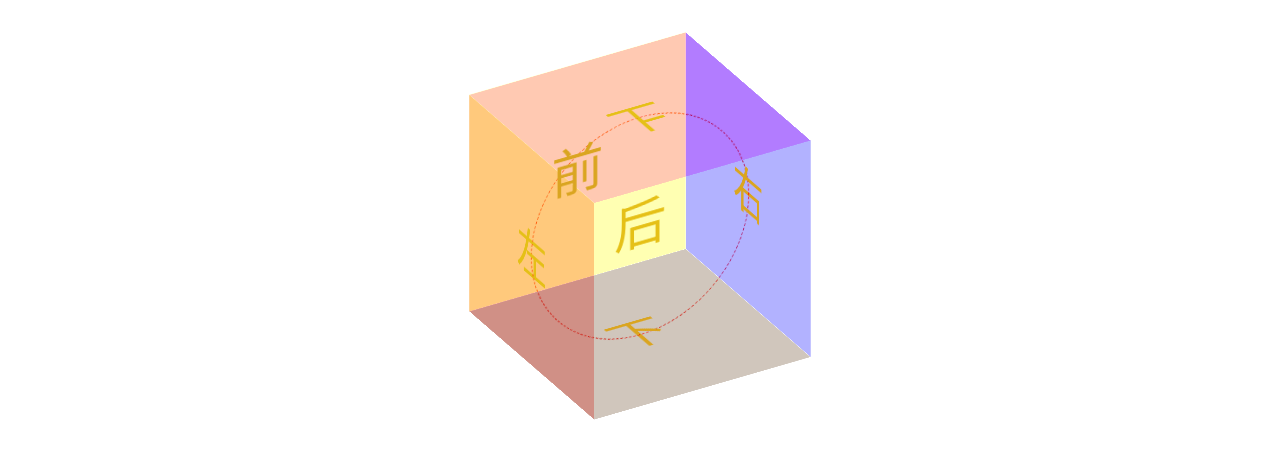
Repository: Germtao/Web
Page: web_css/css3_动画.html
These files come from the project's save history. The page is drawn as it stood at one moment and after the next save; the edit follows.
The browser window is 1280 px wide. The pictures show the whole page.

Above is the page before, as saved 2020-11-03 15:18:15.

After the next save:
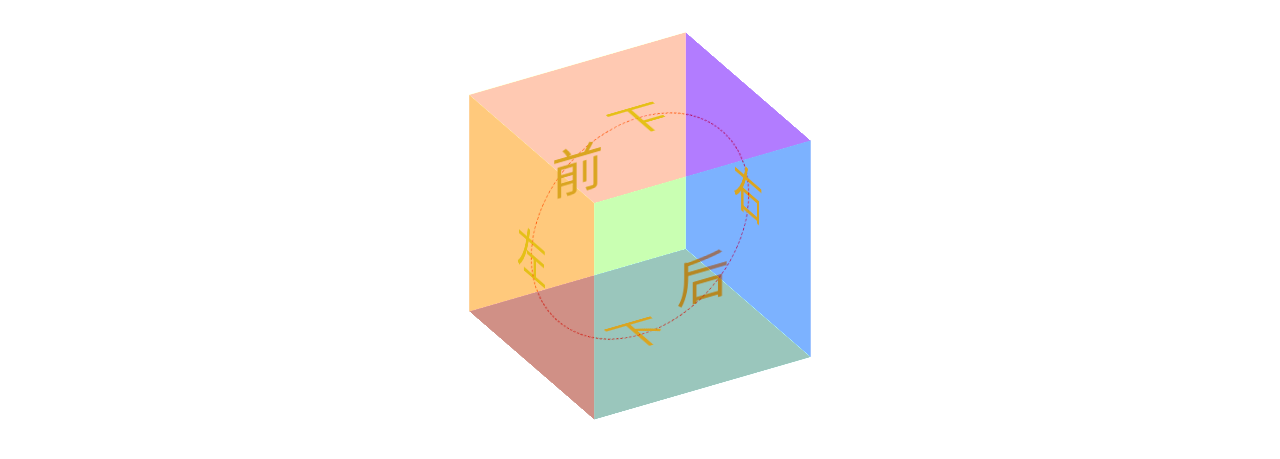
Saved 53 s later.
--- a/web_css/css3_动画.html
+++ b/web_css/css3_动画.html
@@ -276,6 +276,11 @@
       background: rgba(255, 255, 0, 0.3);
       transform: translateZ(125px);
     }
+
+    .back {
+      background: rgba(0, 255, 255, 0.3);
+      transform: translateZ(-125px);
+    }
   </style>
 </head>
 
